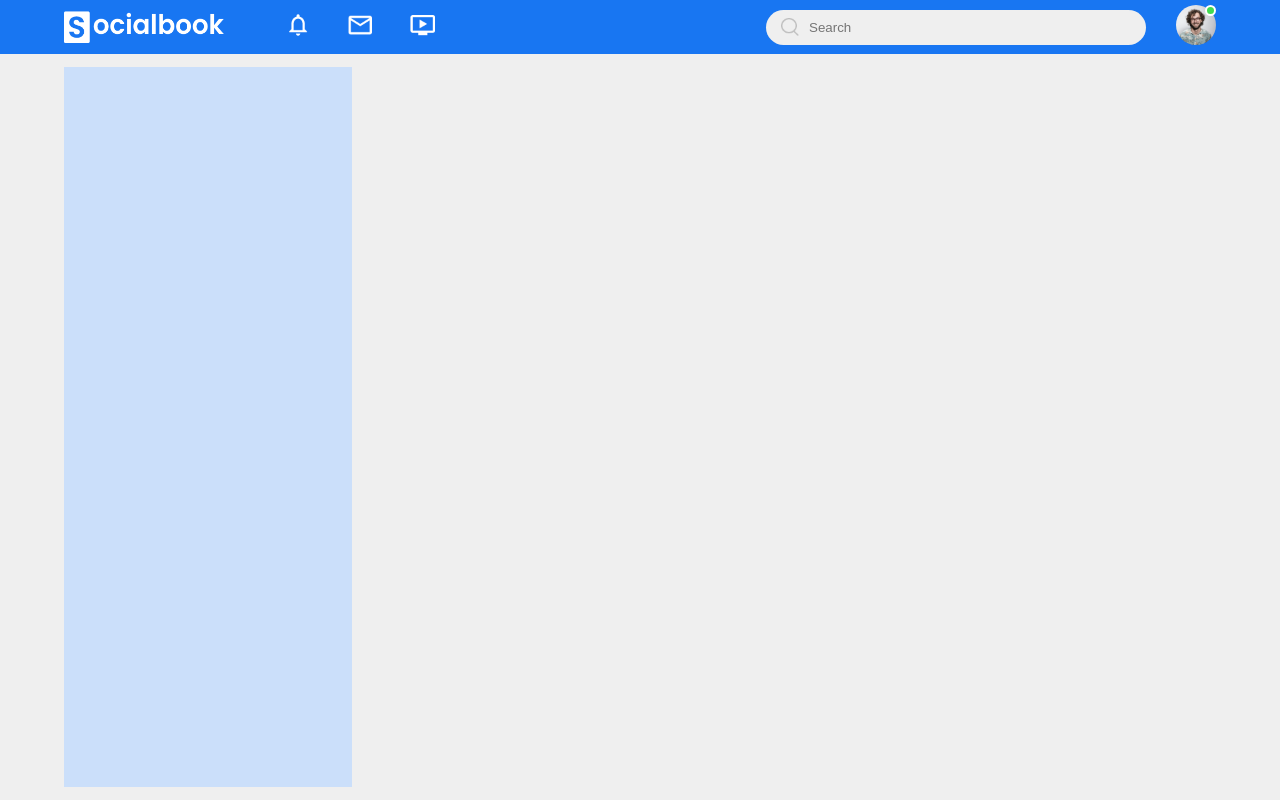
Repository: eeoooo/MINI-PROJECTS-HTML-CSS
Page: 220524-SocialMediaWebsite/index.html
These files come from the project's save history. The page is drawn as it stood at one moment and after the next save; the edit follows.
The browser window is 1280 px wide. The pictures show the whole page.

Above is the page before, as saved 2022-05-24 22:35:34.

### 220524-SocialMediaWebsite/index.html
<!DOCTYPE html>
<html lang="en">
<head>
    <meta charset="UTF-8">
    <meta http-equiv="X-UA-Compatible" content="IE=edge">
    <meta name="viewport" content="width=device-width, initial-scale=1.0">
    <link rel="stylesheet" href="style.css">
    <link rel="icon" type="image/ico" href="/images/title-icon.png">
    <title>Social Media Web</title>
</head>
<body>

    <nav>
        <div class="nav-left">
            <img src="/images/logo.png" alt="" class="logo">
            <ul>
                <li><img src="/images/notification.png" alt=""></li>
                <li><img src="/images/inbox.png" alt=""></li>
                <li><img src="/images/video.png" alt=""></li>
            </ul>
        </div>
        <div class="nav-right">
            <div class="search-box">
                <img src="/images/search.png" >
                <input type="text" placeholder="Search">
            </div>
            <div class="nav-user-icon online">
                <img src="/images/profile-pic.png">
            </div>
        </div>
    </nav>

    <div class="container">
        <div class="left-sidebar"></div>
        <div class="main-content"></div>
        <div class="right-sidebar"></div>
    </div>

</body>
</html>

### 220524-SocialMediaWebsite/style.css
* {
  margin: 0;
  padding: 0;
  font-family: "poppins", sans-serif;
}
body {
  background: #efefef; /* light-gray */
}
nav {
  display: flex;
  align-items: center;
  justify-content: space-between;
  background: #1876f2; /* blue */
  padding: 5px 5%;
}
.logo {
  width: 160px;
  margin-right: 45px;
}
.nav-left,
.nav-right {
  display: flex;
  align-items: center;
}
.nav-left ul li {
  list-style: none;
  display: inline-block;
}
.nav-left ul li img {
  width: 28px;
  margin: 0 15px;
}
.nav-user-icon img {
  width: 40px;
  border-radius: 50%;
  cursor: pointer;
}
.nav-user-icon {
  margin-left: 30px;
}
.search-box {
  background: #efefef;
  width: 350px;
  border-radius: 20px;
  display: flex;
  align-items: center;
  padding: 0 15px;
}
.search-box img {
  width: 18px;
}
.search-box input {
  width: 100%;
  background: transparent;
  padding: 10px;
  outline: none;
  border: 0;
}
.online {
  position: relative;
}
.online:after {
  content: "";
  width: 7px;
  height: 7px;
  border: 2px solid #fff;
  border-radius: 50%;
  background: #41db51; /*green*/
  position: absolute;
  top: 0;
  right: 0;
}
.container {
  display: flex;
  justify-content: space-between;
  padding: 13px 5%;
}
.left-sidebar {
  background: #cbdffa;
  flex-basis: 25%;
  position: sticky;
  top: 70px;
  align-self: flex-start;
  height: 100vh;
}
.left-sidebar {
  background: #cbdffa;
  flex-basis: 25%;
  position: sticky;
  top: 70px;
  align-self: flex-start;
  height: 100vh;
}
.main-content {
  flex-basis: 47%;
}

After the next save:
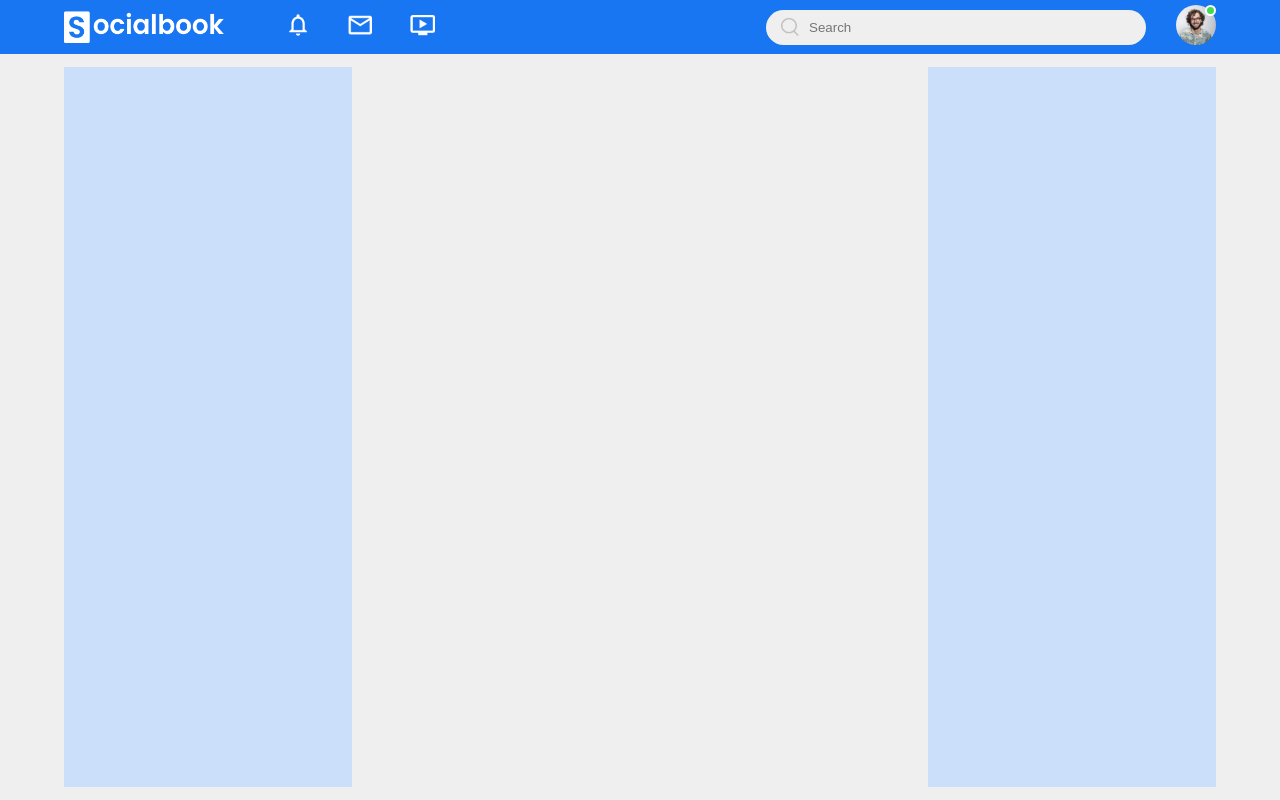
Saved 10 s later.
--- a/220524-SocialMediaWebsite/style.css
+++ b/220524-SocialMediaWebsite/style.css
@@ -83,7 +83,7 @@
   align-self: flex-start;
   height: 100vh;
 }
-.left-sidebar {
+.right-sidebar {
   background: #cbdffa;
   flex-basis: 25%;
   position: sticky;
